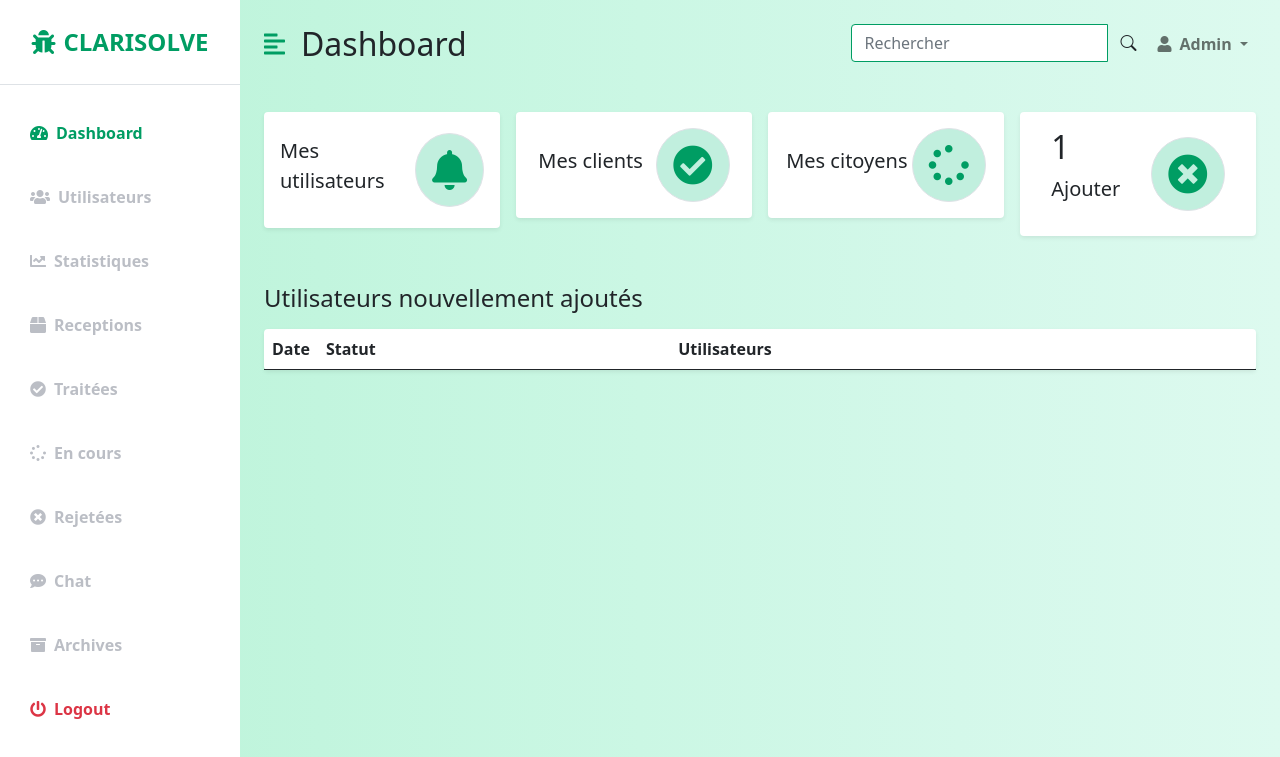
Repository: Senare1/PlaintEasy
Page: accounts/templates/accounts/users.html
These files come from the project's save history. The page is drawn as it stood at one moment and after the next save; the edit follows.
The browser window is 1280 px wide. The pictures show the whole page.
The template is drawn by Django 4.2. The application's start-up code is not run. Other server files are loaded and not shown. The template is opened directly, without the code that normally fills it, so the values that code supplies are empty.

Above is the page before, as saved 2024-07-31 06:45:27.

### accounts/templates/accounts/users.html
{% extends 'accounts/base.html' %}

{% load static %}

{% block title %} ADmin dashboard {% endblock %}
{% block content %}

<div class="container-fluid px-4">
    <div class="row g-3 my-2">
        <div class="col-md-3">
            <a href="{% url 'receiving' %}" class="text-decoration-none link-div">
                <div class="p-3 bg-white shadow-sm d-flex justify-content-around align-items-center rounded">
                    <div>
                        <h3 class="fs-2">{{ nb_total }}</h3>
                        <p class="fs-5">Mes utilisateurs</p>
                    </div>
                    <i class="fas fa-bell fs-1 primary-text border rounded-full secondary-bg p-3"></i>
                </div>
            </a>
        </div>

        <div class="col-md-3">
            <a href="{% url 'treated' %}" class="text-decoration-none link-div">
                <div class="p-3 bg-white shadow-sm d-flex justify-content-around align-items-center rounded">
                    <div>
                        <h3 class="fs-2">{{ nb_customer }}</h3>
                        <p class="fs-5">Mes clients</p>
                    </div>
                    <i
                        class="fas fa-check-circle fs-1 primary-text border rounded-full secondary-bg p-3"></i>
                </div>
            </a>
        </div>

        <div class="col-md-3">
            <a href="{% url 'running' %}" class="text-decoration-none link-div">
                <div class="p-3 bg-white shadow-sm d-flex justify-content-around align-items-center rounded">
                    <div>
                        <h3 class="fs-2">{{ nb_citizen }}</h3>
                        <p class="fs-5">Mes citoyens</p>
                    </div>
                    <i class="fas fa-spinner fs-1 primary-text border rounded-full secondary-bg p-3"></i>
                </div>
            </a>
        </div>

        <div class="col-md-3">
            <a href="{% url 'signup_user' %}" class="text-decoration-none link-div">
                <div class="p-3 bg-white shadow-sm d-flex justify-content-around align-items-center rounded">
                    <div>
                        <h3 class="fs-2">1</h3>
                        <p class="fs-5">Ajouter</p>
                    </div>
                    <i class="fas fa-times-circle fs-1 primary-text border rounded-full secondary-bg p-3"></i>
                </div>
            </a>
        </div>
    </div>

    <div class="row my-5">
        <h3 class="fs-4 mb-3">Utilisateurs nouvellement ajoutés</h3>
        <div class="col">
            <table class="table bg-white rounded shadow-sm  table-hover">
                <thead>
                    <tr>
                        <th scope="col" width="50">Date</th>
                        <th scope="col">Statut</th>
                        <th scope="col">Utilisateurs</th>
                    </tr>
                </thead>
                <tbody>
                    {% for user in users %}
                    <tr>
                        <th scope="row">{{ user.date }}</th>
                        <td>{{ user.status }}</td>
                        <td>{{ user.full_name }}</td>
                    </tr>
                    {% endfor %}
                </tbody>
            </table>
        </div>
    </div>
</div>
</div>
{% endblock %}

### accounts/templates/accounts/base.html
{% load static %}
<!DOCTYPE html>
<html lang="en">

<head>
    <meta charset="UTF-8" />
    <meta http-equiv="X-UA-Compatible" content="IE=edge" />
    <meta name="viewport" content="width=device-width, initial-scale=1.0" />
    <link href="https://cdn.jsdelivr.net/npm/bootstrap@5.0.0-beta3/dist/css/bootstrap.min.css" rel="stylesheet" />
    <link rel="stylesheet" href="https://cdnjs.cloudflare.com/ajax/libs/bootstrap-icons/1.10.0/font/bootstrap-icons.min.css">
    <link rel="stylesheet" href="https://cdnjs.cloudflare.com/ajax/libs/font-awesome/5.15.3/css/all.min.css" />

    <link rel="stylesheet" href="{% static 'accounts/css/style.css' %}" />
    <title>{% block title %} {% endblock %}</title>
</head>

<body>
    <div class="d-flex" id="wrapper">
        <!-- Sidebar -->
        <div class="bg-white" id="sidebar-wrapper">
            <div class="sidebar-heading text-center py-4 primary-text fs-4 fw-bold text-uppercase border-bottom"><i
                    class="fas fa-bug me-2"></i>ClariSolve</div>
            <div class="list-group list-group-flush my-3">
                <a href="{% url 'dashboard' %}" class="list-group-item list-group-item-action bg-transparent second-text active"><i
                        class="fas fa-tachometer-alt me-2"></i>Dashboard</a>
                <a href="{% url 'users' %}" class="list-group-item list-group-item-action bg-transparent second-text fw-bold"><i
                        class="fas fa-users me-2"></i>Utilisateurs</a>
                <a href="{% url 'statistics' %}" class="list-group-item list-group-item-action bg-transparent second-text fw-bold"><i
                        class="fas fa-chart-line me-2"></i>Statistiques</a>
                <a href="{% url 'receiving' %}" class="list-group-item list-group-item-action bg-transparent second-text fw-bold"><i class="fas fa-box me-2"></i>Receptions</a>
                <a href="{% url 'treated' %}" class="list-group-item list-group-item-action bg-transparent second-text fw-bold"><i
                        class="fas fa-check-circle me-2"></i>Traitées</a>
                <a href="{% url 'running' %}" class="list-group-item list-group-item-action bg-transparent second-text fw-bold"><i
                        class="fas fa-spinner me-2"></i>En cours</a>
                <a href="{% url 'rejection' %}" class="list-group-item list-group-item-action bg-transparent second-text fw-bold"><i
                        class="fas fa-times-circle me-2"></i>Rejetées</a>
                <a href="{% url 'chat' %}" class="list-group-item list-group-item-action bg-transparent second-text fw-bold"><i
                        class="fas fa-comment-dots me-2"></i>Chat</a>
                <a href="{% url 'archive' %}" class="list-group-item list-group-item-action bg-transparent second-text fw-bold"><i
                        class="fas fa-archive me-2"></i>Archives</a>
                <a href="{% url 'logout' %}" class="list-group-item list-group-item-action bg-transparent text-danger fw-bold"><i
                        class="fas fa-power-off me-2"></i>Logout</a>
            </div>
        </div>
        <!-- /#sidebar-wrapper -->

        <!-- Page Content -->
        <div id="page-content-wrapper">
            <nav class="navbar navbar-expand-lg navbar-light bg-transparent py-4 px-4">
                <div class="d-flex align-items-center">
                    <i class="fas fa-align-left primary-text fs-4 me-3" id="menu-toggle"></i>
                    <h2 class="fs-2 m-0">Dashboard</h2>
                </div>

                <button class="navbar-toggler" type="button" data-bs-toggle="collapse"
                    data-bs-target="#navbarSupportedContent" aria-controls="navbarSupportedContent"
                    aria-expanded="false" aria-label="Toggle navigation">
                    <span class="navbar-toggler-icon"></span>
                </button>

                <div class="collapse navbar-collapse" id="navbarSupportedContent">
                    <ul class="navbar-nav ms-auto mb-2 mb-lg-0">
                        <li class="navbar-item dropdown">
                            <form class="d-flex search-form myform" role="search">
                                <div class="input-group">
                                    <input type="search" class="form-control search-input" placeholder="Rechercher" aria-label="Search">
                                    <button class="btn search-button" type="submit" id="resetBtn">
                                      <i class="bi bi-search"></i>
                                    </button>
                                </div>
                            </form>
                        </li>
                        <li class="nav-item dropdown">
                            <a class="nav-link dropdown-toggle second-text fw-bold" href="#" id="navbarDropdown"
                                role="button" data-bs-toggle="dropdown" aria-expanded="false">
                                <i class="fas fa-user me-2"></i>Admin
                            </a>
                            <ul class="dropdown-menu me-2" aria-labelledby="navbarDropdown">
                                <li><a class="dropdown-item" href="{% url 'profile' %}">Profile</a></li>
                                <li><a class="dropdown-item" href="{% url 'settings' %}">Settings</a></li>
                                <li><a class="dropdown-item" href="{% url 'logout' %}">Logout</a></li>
                            </ul>
                        </li>
                    </ul>
                </div>
            </nav>
                <!-- /#page-content-wrapper -->
            {% block content %}

            {% endblock %}
        </div>
    </div>
    <script src="https://cdn.jsdelivr.net/npm/bootstrap@5.0.0-beta3/dist/js/bootstrap.bundle.min.js"></script>


    <script>
        var el = document.getElementById("wrapper");
        var toggleButton = document.getElementById("menu-toggle");

        toggleButton.onclick = function () {
            el.classList.toggle("toggled");
        };

        document.getElementById('resetBtn').addEventListener('click', function() {
            document.getElementById('myForm').reset();
        });

    </script>
</body>

</html>

### accounts/static/accounts/css/style.css
:root {
  --main-bg-color: #009d63;
  --main-text-color: #009d63;
  --second-text-color: #bbbec5;
  --second-bg-color: #c1efde;
}

.primary-text {
  color: var(--main-text-color);
}

.second-text {
  color: var(--second-text-color);
}

.primary-bg {
  background-color: var(--main-bg-color);
}

.secondary-bg {
  background-color: var(--second-bg-color);
}

.rounded-full {
  border-radius: 100%;
}

#wrapper {
  overflow-x: hidden;
  background-image: linear-gradient(
    to right,
    #baf3d7,
    #c2f5de,
    #cbf7e4,
    #d4f8ea,
    #ddfaef
  );
}

#sidebar-wrapper {
  min-height: 100vh;
  margin-left: -15rem;
  -webkit-transition: margin 0.25s ease-out;
  -moz-transition: margin 0.25s ease-out;
  -o-transition: margin 0.25s ease-out;
  transition: margin 0.25s ease-out;
}

#sidebar-wrapper .sidebar-heading {
  padding: 0.875rem 1.25rem;
  font-size: 1.2rem;
}

#sidebar-wrapper .list-group {
  width: 15rem;
}

#page-content-wrapper {
  min-width: 100vw;
}

#wrapper.toggled #sidebar-wrapper {
  margin-left: 0;
}

#menu-toggle {
  cursor: pointer;
}

.list-group-item {
  border: none;
  padding: 20px 30px;
}

.list-group-item.active {
  background-color: transparent;
  color: var(--main-text-color);
  font-weight: bold;
  border: none;
}

@media (min-width: 768px) {
  #sidebar-wrapper {
    margin-left: 0;
  }

  #page-content-wrapper {
    min-width: 0;
    width: 100%;
  }

  #wrapper.toggled #sidebar-wrapper {
    margin-left: -15rem;
  }
}


.link-div ,.link-div:hover{
  color: inherit;
}

.form-control {
  border: 1px solid #009d63;
}

After the next save:
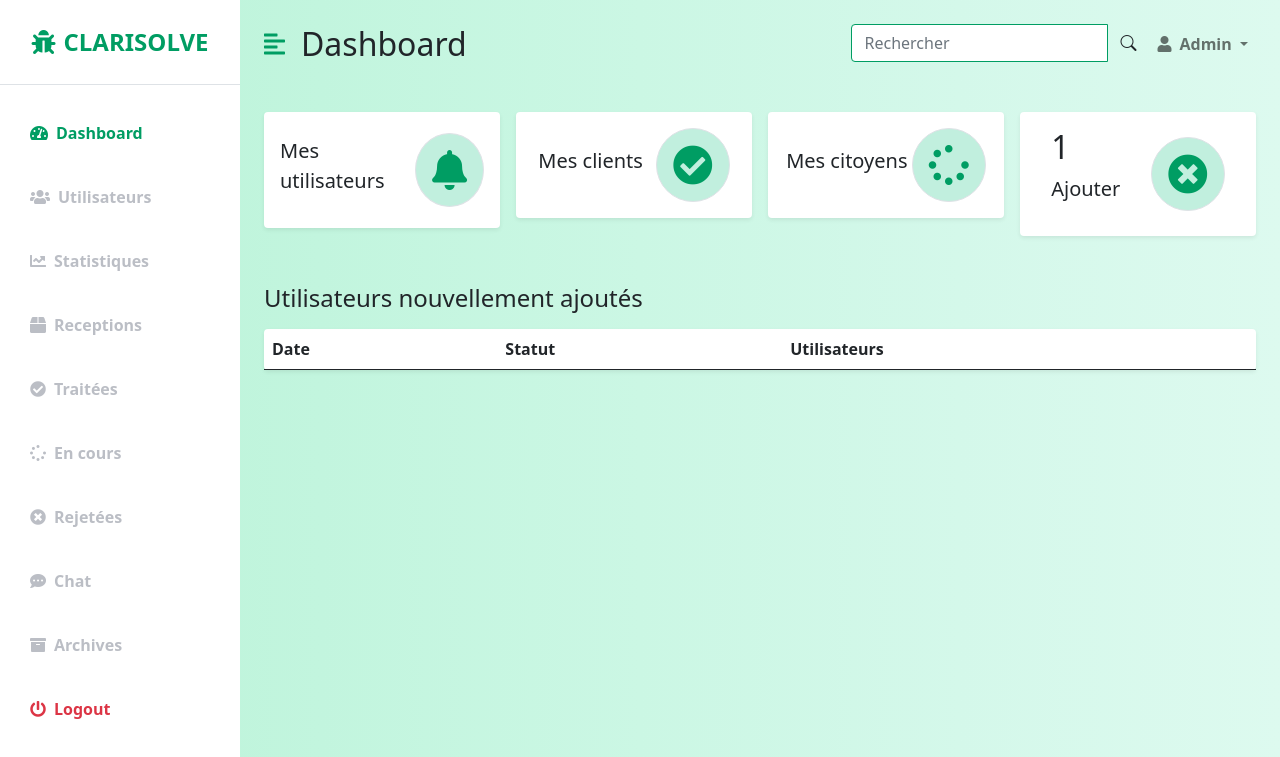
Saved 45 s later.
--- a/accounts/templates/accounts/users.html
+++ b/accounts/templates/accounts/users.html
@@ -63,7 +63,7 @@
             <table class="table bg-white rounded shadow-sm  table-hover">
                 <thead>
                     <tr>
-                        <th scope="col" width="50">Date</th>
+                        <th scope="col">Date</th>
                         <th scope="col">Statut</th>
                         <th scope="col">Utilisateurs</th>
                     </tr>
